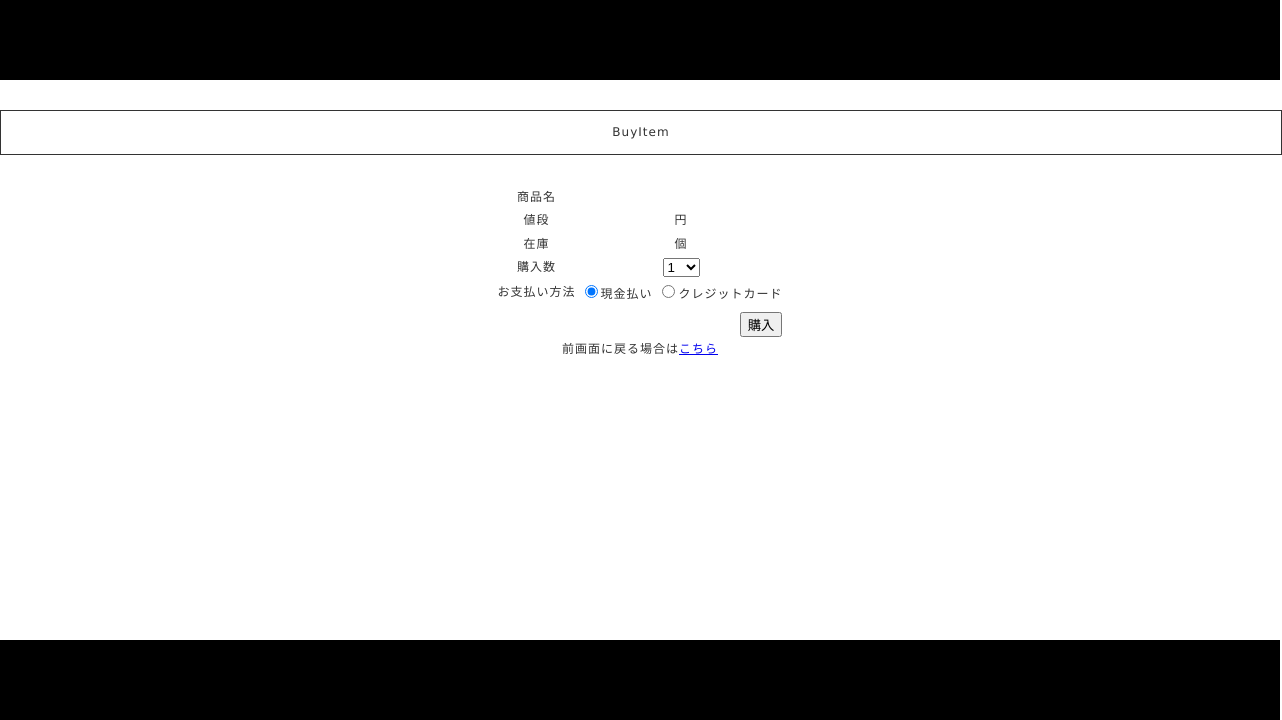
Repository: a4b3c2d1/backup
Page: http://localhost/template/cartin.jsp
These files come from the project's save history. The page is drawn as it stood at one moment and after a run of saves; the edit follows.
The browser window is 1280 px wide. The page is 1282 px wide, so the pictures cover 1282 px, including what lies to the right of the window. The pictures show the whole page.
The page is served by Tomcat 9. Other server files are loaded and not shown.

Above is the page before, as saved 2017-12-19 02:49:59.

### template/WebContent/cartin.jsp
<%@ page language="java" contentType="text/html; charset=UTF-8"
	pageEncoding="UTF-8"%>
<%@ taglib prefix="s" uri="/struts-tags"%>
<!DOCTYPE html >
<html>
<head>
<meta http-equiv="Content-Type" content="text/html; charset=UTF-8">
<meta http-equiv="Content-Style-Type" content="text/css" />
<meta http-equiv="Content-Script-Type" content="text/javascript" />
<meta http-equiv="imagetoolbar" content="no" />
<meta name="description" content="" />
<meta name="keywords" content="" />
<meta charset="utf-8">
<title>BuyItem画面</title>
<style type="text/css">
/* ========TAG LAYOUT============ */
body {
	margin: 0;
	padding: 0;
	line-height: 1.6;
	letter-spacing: 1px;
	font-family: Verdana, Helvetica, sans-serif;
	font-size: 12px;
	color: #333;
	background: #fff
}

table {
	text-align: center;
	margin: 0 auto;
}
/*========ID LAYOUT========*/
#top {
	width: 100%;
	margin: 30px auto;
	border: 1px solid #333;
}

#header {
	width: 100%;
	height: 80px;
	background-color: black;
}

#main {
	width: 100%;
	height: 500px;
	text-align: center;
}

#footer {
	width: 100%;
	height: 80px;
	background-color: black;
	clear: both;
	position: fixed;
	bottom: 0px;
	left: 0px;
}
</style>
</head>

<body>

	<div id="header">
		<div id="pr"></div>
	</div>
	<div id="main">
		<div id="top">
			<p>BuyItem</p>
		</div>
		<div>
			<s:form action="BuyItemAction">
				<table>
						<tr>
							<td><span>商品名</span></td>
							<td><s:property value="#session.buyItemDTOList.itemName" /></td>
						</tr>
						<tr>
							<td><span>値段</span></td>
							<td><s:property value="itemPrice" /><span>円</span></td>
						</tr>

						<tr>
							<td><span>在庫</span></td>
							<td><s:property value="itemStock" /><span>個</span></td>
						</tr>
						<tr>
							<td><span>購入数</span></td>
							<td><select name="stock" >
									<%for (int i = 1; i <= 10; i++) {
									out.print("<option value=\"" + i + "\">" + i + "</option>");}%>
							</select></td>
						</tr>


					<tr>
						<td><span>お支払い方法</span></td>
						<td><input type="radio" name="pay" value="1"
							checked="checked">現金払い <input type="radio" name="pay"
							value="2">クレジットカード</td>
					</tr>
					<tr>
						<td><s:submit value="購入" /></td>
					</tr>
				</table>
			</s:form>
			<div>
				<span>前画面に戻る場合は</span><a href='<s:url action="HomeAction"/>'>こちら</a>
			</div>
		</div>
	</div>
	<div id="footer">
		<div id="pr"></div>
	</div>


</body>


</html>

After the next 2 saves:
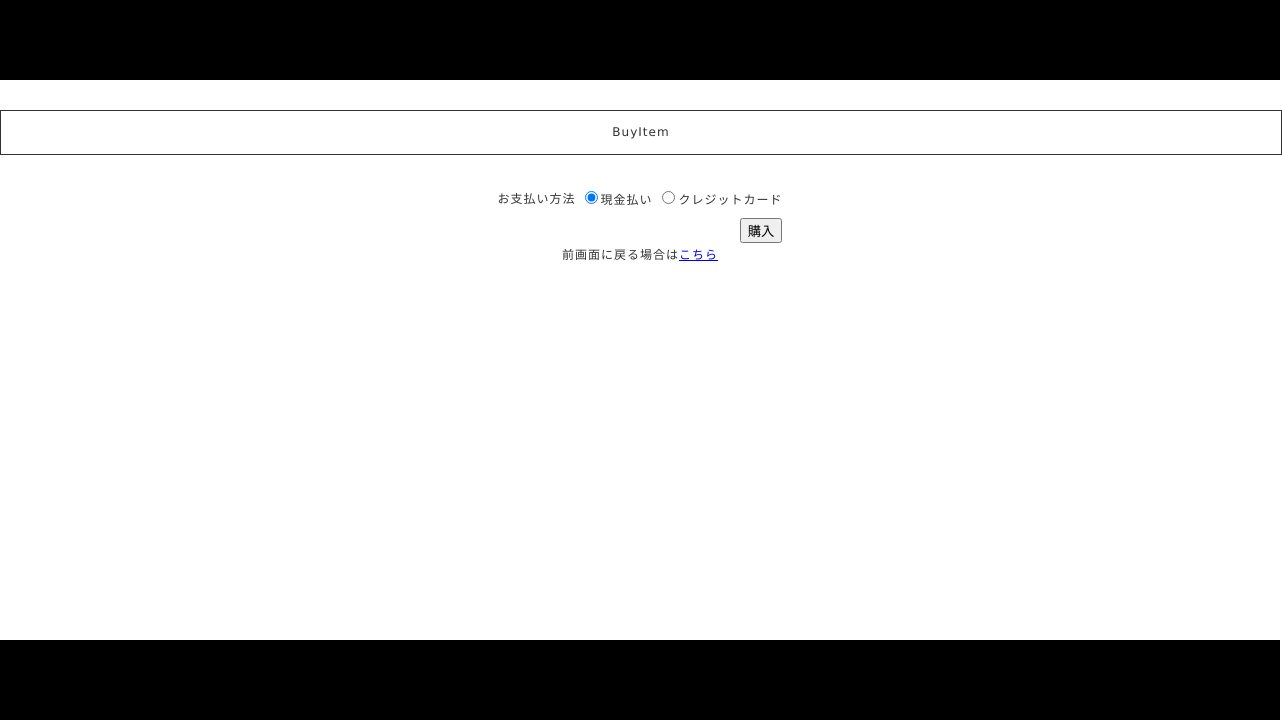
The 2 saves are shown as one change because 1 did not build or start.
The last was saved 33 s later.
--- a/template/WebContent/cartin.jsp
+++ b/template/WebContent/cartin.jsp
@@ -72,9 +72,10 @@
 		<div>
 			<s:form action="BuyItemAction">
 				<table>
+					<s:iterator value="#session.buyItemDTOList">
 						<tr>
 							<td><span>商品名</span></td>
-							<td><s:property value="#session.buyItemDTOList.itemName" /></td>
+							<td><s:property value="itemName" /></td>
 						</tr>
 						<tr>
 							<td><span>値段</span></td>
@@ -92,7 +93,7 @@
 									out.print("<option value=\"" + i + "\">" + i + "</option>");}%>
 							</select></td>
 						</tr>
-
+					</s:iterator>
 
 					<tr>
 						<td><span>お支払い方法</span></td>
